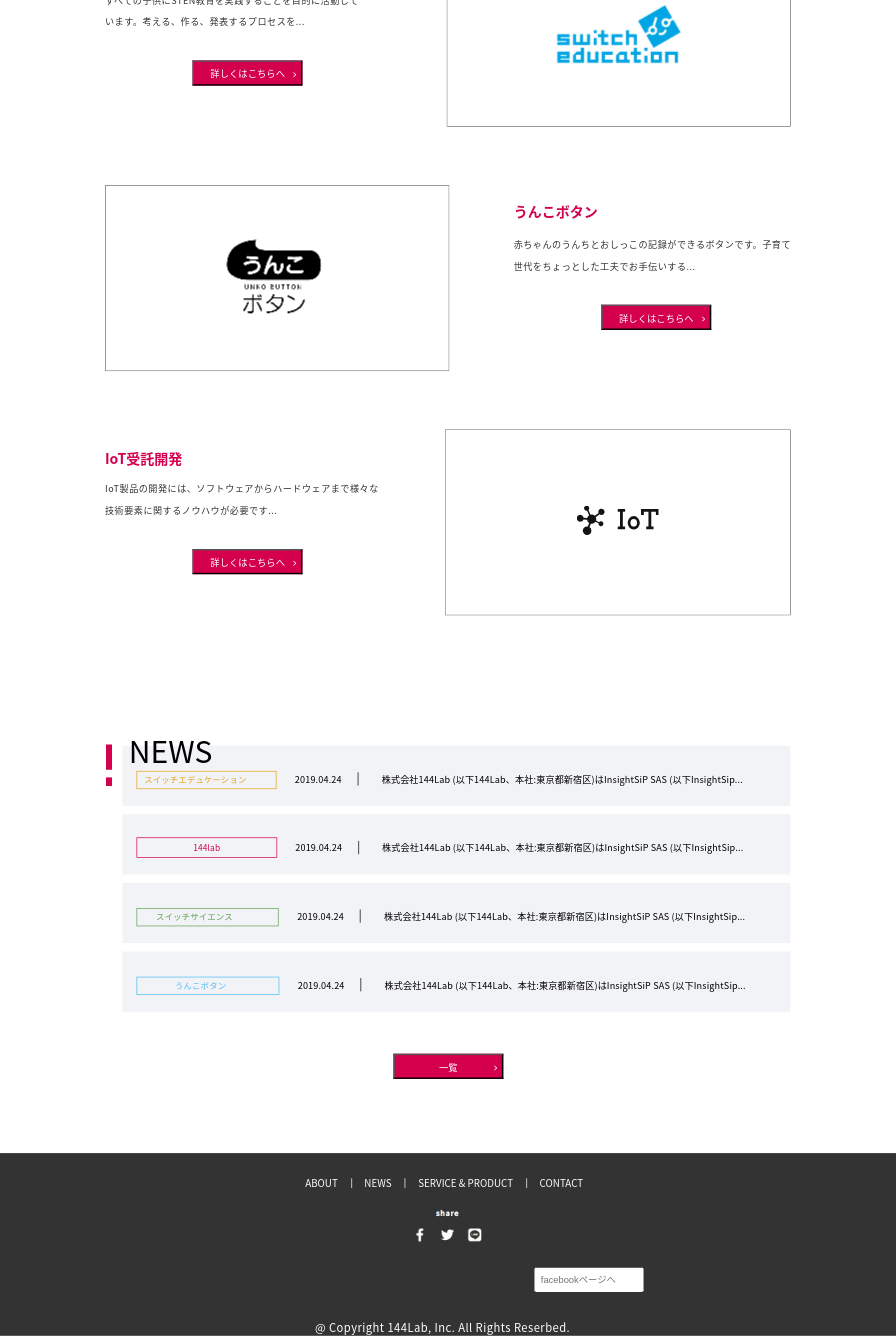
Repository: ppmp556/light-up-git
Page: index.html
An editor plug-in stored every save of this project. The page is shown before and after the next save, followed by the edit.
The browser window is 1280 px wide. The pictures show the part of the page from y = 2046 to 3966 px (the page is 3966 px tall), at 70% of full size.

Above is the page before, as saved 2019-12-27 21:13:19.

After the next save:
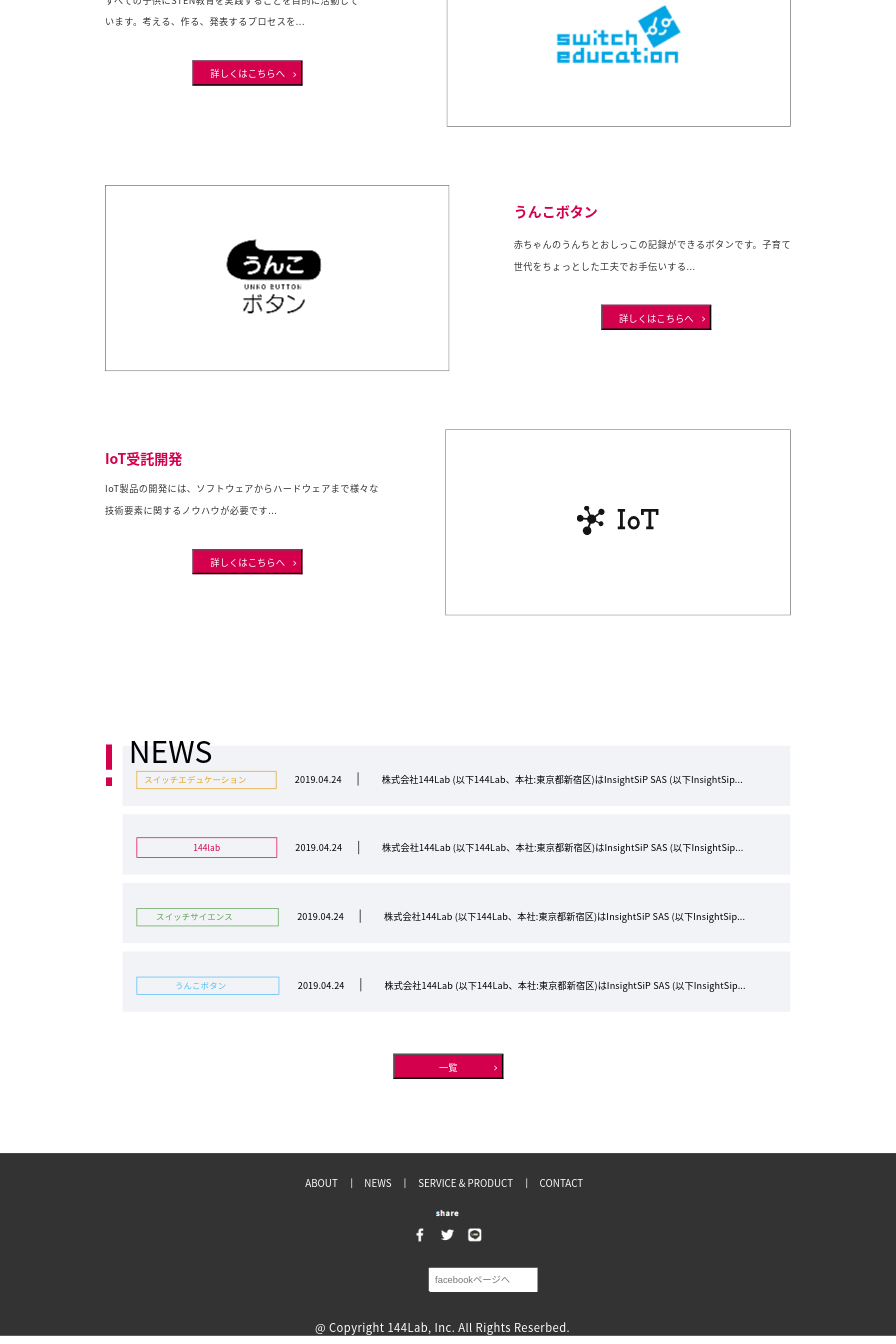
Saved 22 s later.
--- a/main.css/main.css
+++ b/main.css/main.css
@@ -673,7 +673,7 @@
     width: 157.12px;
     height: 35.8px;
     top: 102.9px;
-    left: 562px;
+    left: 411px;
 
 }
 
